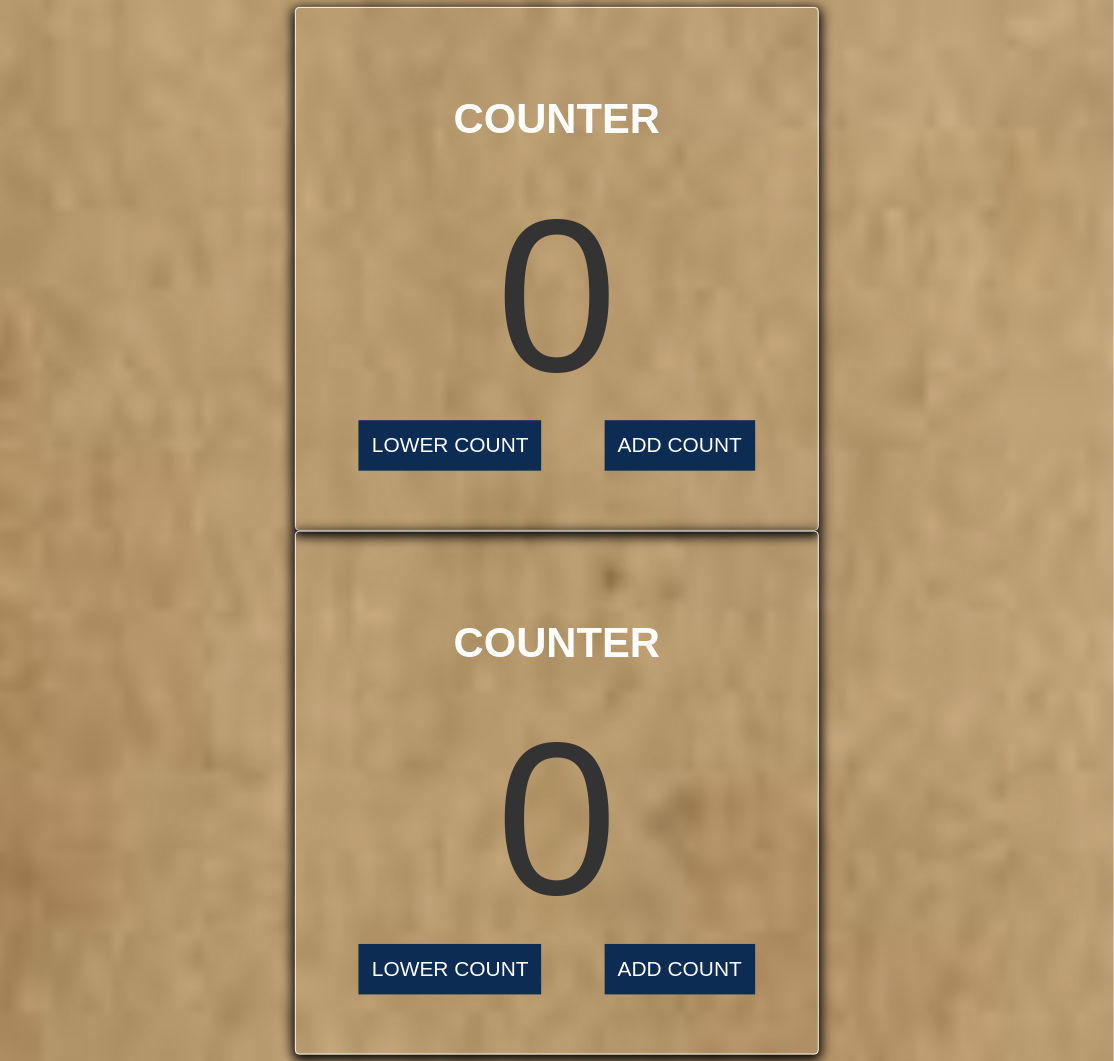
Repository: Hasmik-icml/counter
Page: index.html
An editor plug-in stored every save of this project. The page is shown before and after the next save, followed by the edit.
The browser window is 1280 px wide. The pictures show the whole page, at 87% of full size.

Above is the page before, as saved 2022-02-14 17:31:51.

After the next save:
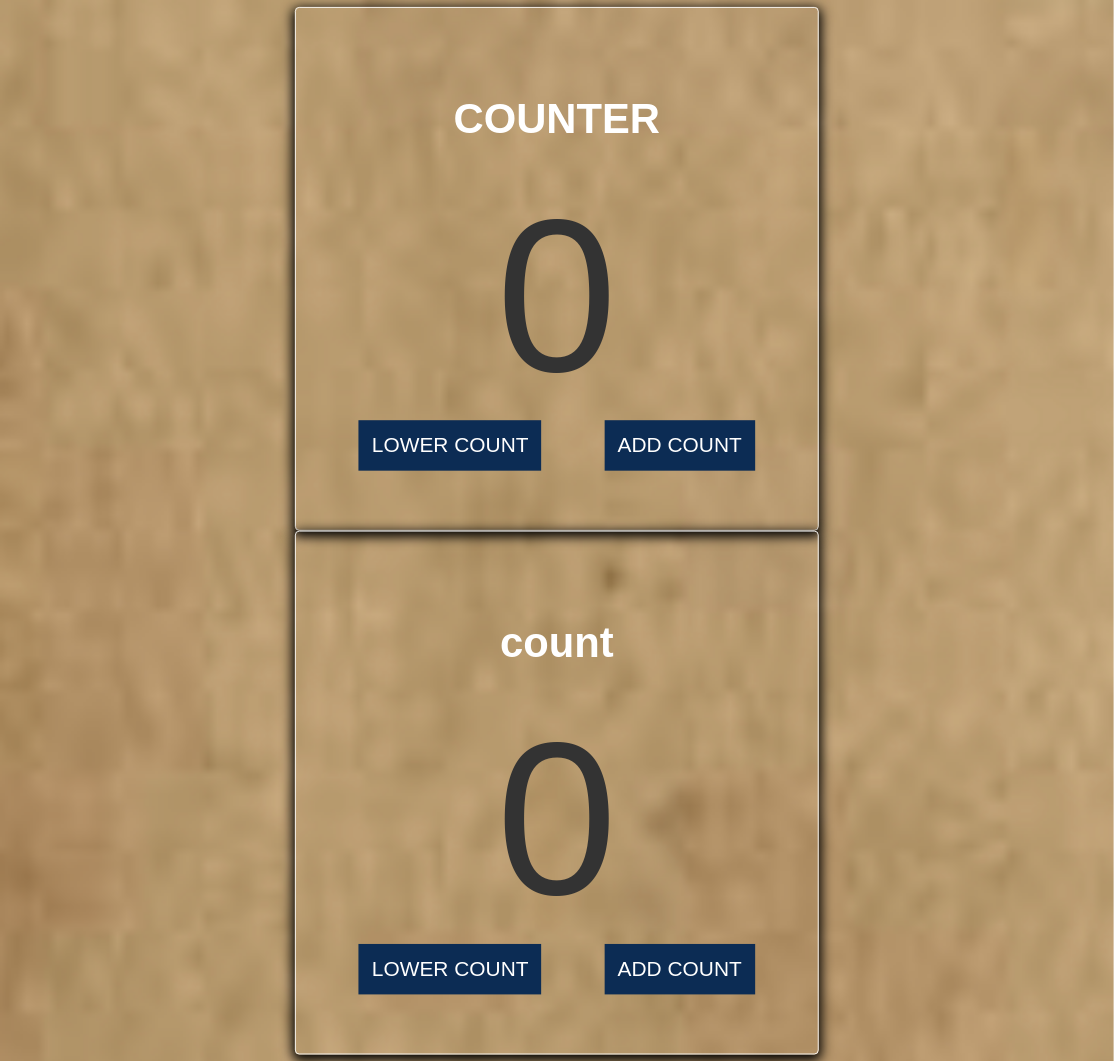
Saved 16 s later.
--- a/index.html
+++ b/index.html
@@ -21,7 +21,7 @@
     </div>
     <!--  -->
     <div class="container">
-        <h1 class="counterHeader">COUNTER</h1>
+        <h1 class="counterHeader">count </h1>
         <div class="resultSum result">0</div>
         <div class="buttons">
             <button class="buttonLower button">LOWER COUNT</button>
